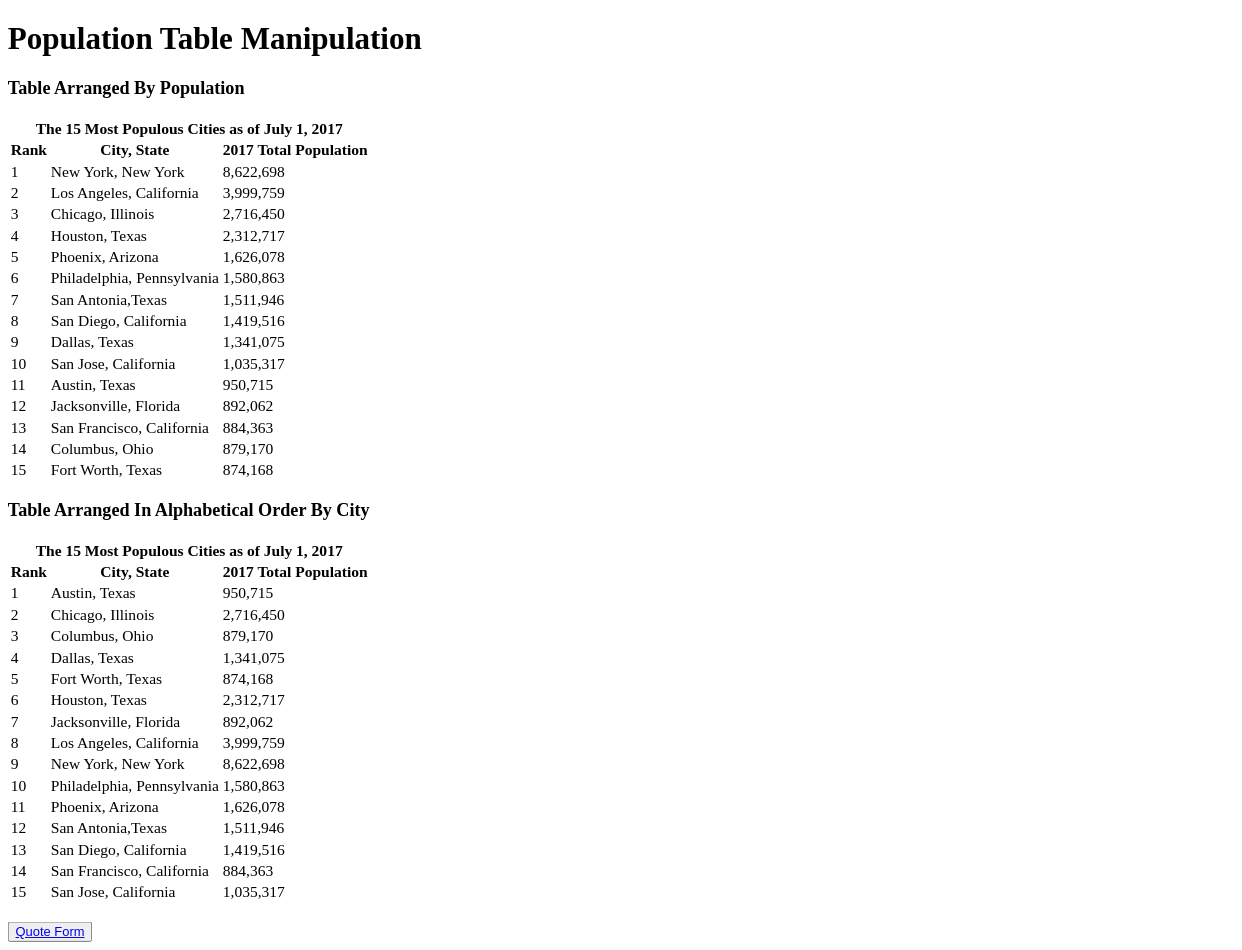
Repository: lilliebee/COSW30
Page: http://localhost/homework/homework3/population.php
The author's editor kept a record of every edit. The page is drawn from the files as they stood at one moment, then again after the next edit.
The browser window is 1280 px wide. The pictures show the whole page, at 97% of full size.
The page is run by PHP 8.4 with error messages shown; the project is at /var/www/html/.

Above is the page before.

After the next edit:
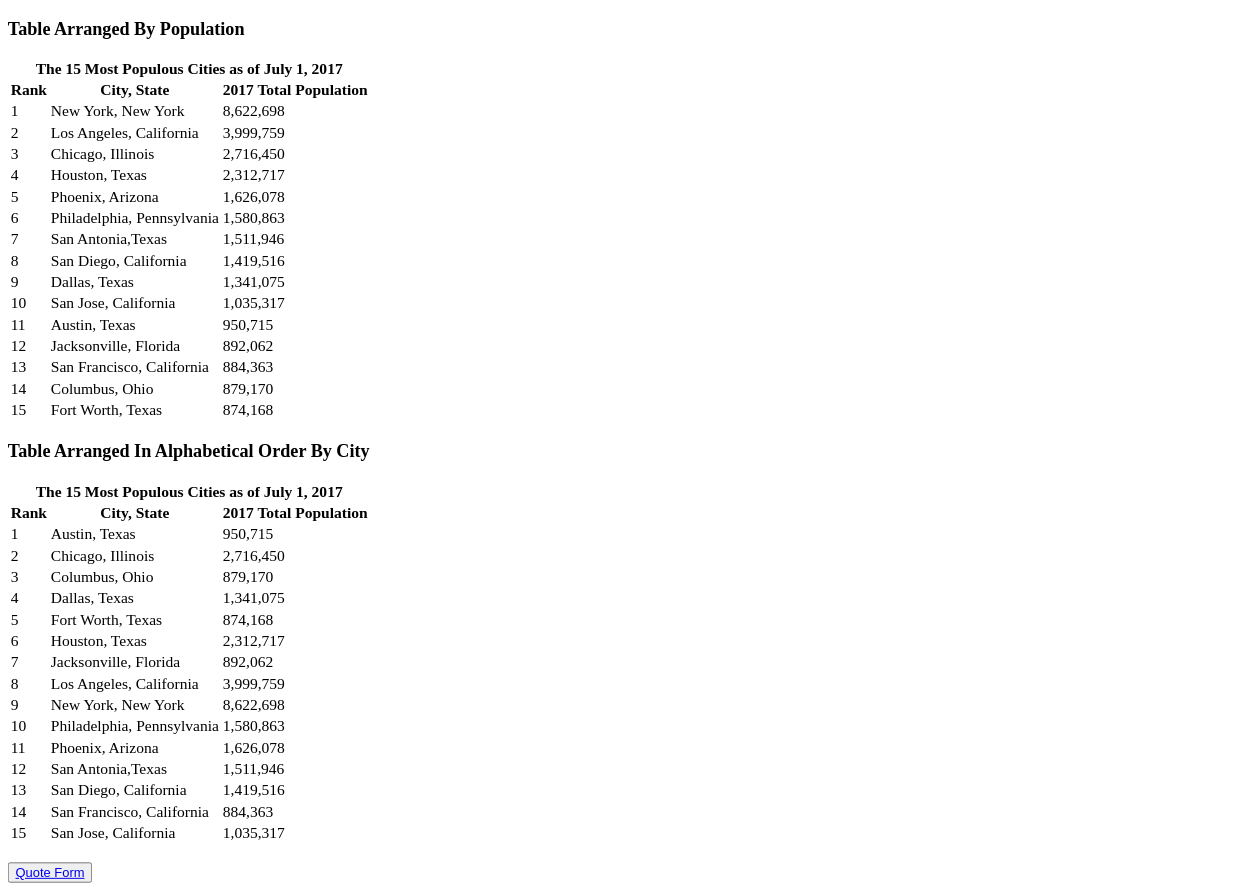
The edit:
--- a/homework/homework3/population.php
+++ b/homework/homework3/population.php
@@ -8,9 +8,9 @@
 
     <body>
 
-        <div class="greenBkgd">
-        <h1 id="headingUnder">Population Table Manipulation</h1>
-        <!--First Table -->
+
+
+
         <h3 class="tableHeadings">Table Arranged By Population</h3>
 
         <table class="popTable">
